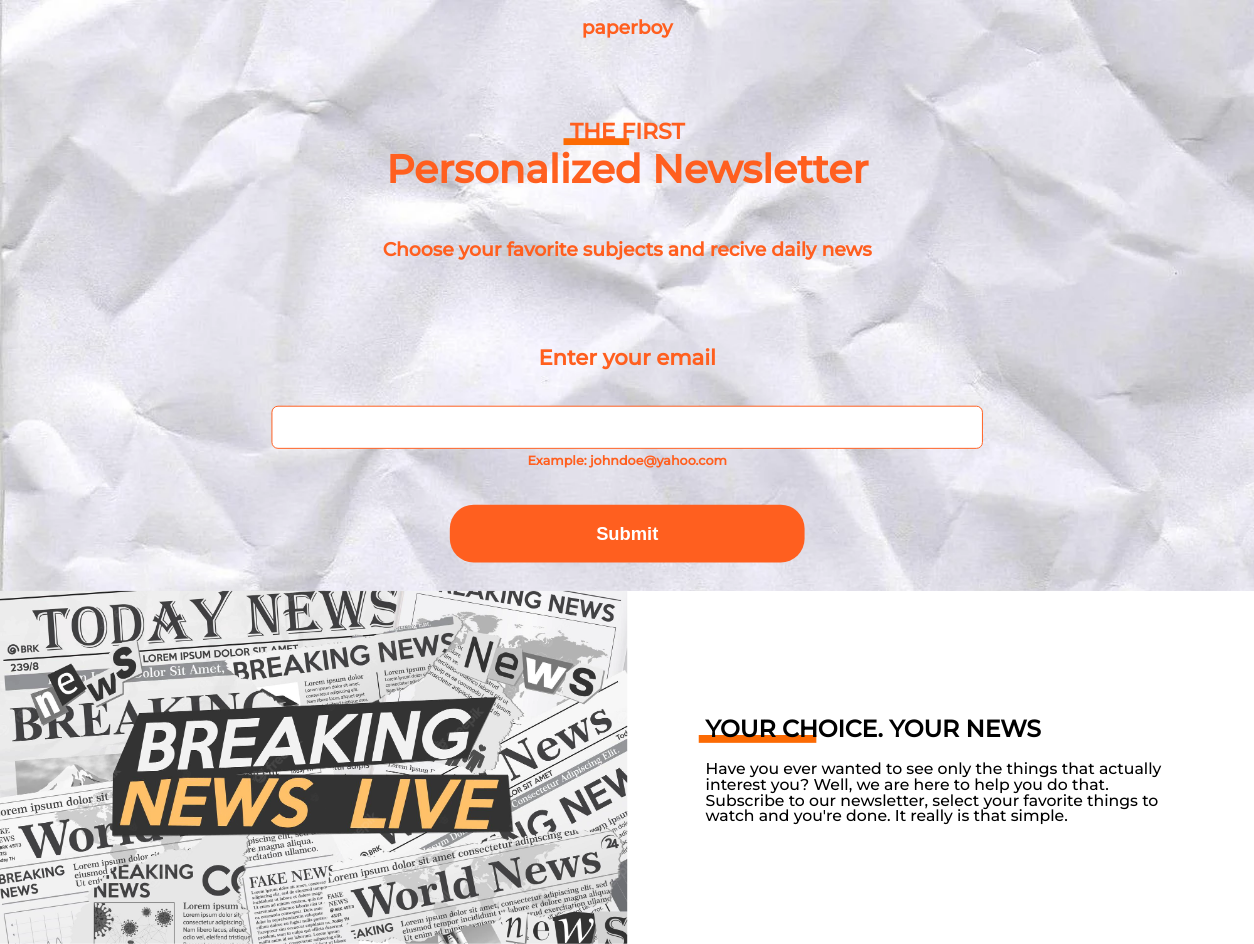
Repository: Gionnn/proiecte
Page: index.html
An editor plug-in stored every save of this project. The page is shown before and after the next save, followed by the edit.
The browser window is 1280 px wide. The pictures show the whole page, at 98% of full size.

Above is the page before, as saved 2022-11-28 14:57:04.

### index.html
<!DOCTYPE html>
<html lang="en">
  <head>
    <meta charset="UTF-8" />
    <meta name="viewport" content="width=device-width, initial-scale=1.0" />
    <meta http-equiv="X-UA-Compatible" content="ie=edge" />
    <link rel="stylesheet" href="css/main.css" />
    <title>Paperboy</title>
  </head>

  <body>
    <div class="hero-bg">
      <section class="top">
        <header>
          <a href="index.html">paperboy</a>
        </header>

        <h1><span>The first </span>Personalized Newsletter</h1>
        <p>
          Choose your favorite subjects and recive daily news
        </p>
        <div class="form-container">
          <form action="">
            <div class="form-left">
              <label for="email">Enter your email</label>
              <input type="text" name="email" id="email" />
              <p>Example: johndoe@yahoo.com</p>
            </div>
            <input type="button" value="Submit" />
          </form>
        </div>
      </section>
    </div>

    <section class="bottom">
      <div class="right-col">
        <h2>Your choice. Your news</h2>
        <p>
          Have you ever wanted to see only the things that actually interest
          you? Well, we are here to help you do that. Subscribe to our
          newsletter, select your favorite things to watch and you're done. It
          really is that simple.
        </p>
      </div>
      <img src="images/paper.jpeg" alt="Breaking News" />
    </section>
  </body>
</html>

### css/main.css
@import url("https://fonts.googleapis.com/css2?family=Montserrat:wght@500&display=swap");

body {
  font-family: "Montserrat", sans-serif;
  margin: 0;
}

.hero-bg {
  background: url("../images/background.jpeg");
  color: #ff5f1f;
  text-align: center;
}

header {
  padding-top: 1em;
}
.hero-bg a {
  color: #ff5f1f;
  text-decoration: none;
  font-weight: bold;
  font-size: 1.2rem;
}

section {
  margin: 0 1em;
}

h1 {
  font-size: 2.5rem;
  margin: 2em 0 1.2em;
}

h1 span {
  text-transform: uppercase;
  display: block;
  font-size: 1.4rem;
  position: relative;
  z-index: 1;
}
h1 span::before {
  content: " ";
  position: absolute;
  width: 3em;
  background: #fc6a03;
  height: 0.3em;
  bottom: 0;
  z-index: -1;
  margin-left: -0.3em;
}
.hero-bg p {
  font-weight: bold;
  margin: 0 1em 3em;
  font-size: 1.2rem;
}
.form-container {
  margin: 2em -1em 0;
  padding: 2em;
}
label {
  color: #ff5f1f;
  font-weight: bold;
  display: block;
  margin-bottom: 1em;
  font-size: 1.5em;
}
input[type="text"] {
  border: 1px solid #ff5f1f;
  width: 60%;
  padding: 1em;
  box-sizing: border-box;
  border-radius: 0.5em;
  margin-top: 1.2em;
}
.form-container {
  color: #ff5f1f;
  margin-bottom: 1.5em;
  font-weight: normal;
  font-size: 0.9em;
  margin-top: 0.3em;
}
.form-container p {
  font-size: 0.9em;
  margin-top: 0.4em;
}
input[type="button"] {
  background-color: #ff5f1f;
  border: none;
  width: 30%;
  color: white;
  font-weight: bold;
  padding: 1em 0;
  border-radius: 1.3em;
  font-size: 1.3em;
  cursor: pointer;
}

input[type="button"]:hover {
  background-color: #c47508;
}

.bottom {
  margin: 0;
}

.right-col {
  text-align: center;
  margin: 3em 1em;
}

h2 {
  text-transform: uppercase;
  position: relative;
}

h2::before {
  content: " ";
  position: absolute;
  width: 5em;
  background: #fc6a03;
  height: 0.3em;
  bottom: 0;
  z-index: -1;
  margin-left: -0.3em;
}

img {
  width: 100%;
}

p {
  line-height: 1em;
}

@media (min-width: 730px) {
  section {
    margin: 0 4em;
  }
  .form-container {
    margin: 2em -4em 0;
  }
}

@media (min-width: 930px) {
  .bottom {
    display: grid;
    grid-template-columns: repeat(2, 50%);
    grid-template-areas: "paper content";
  }
  .right-col {
    grid-area: content;
    padding: 0 10%;
    text-align: left;
    align-self: center;
  }
  img {
    grid-area: paper;
  }
}

.top {
  animation: fadeIn 2s forwards;
}

@keyframes fadeIn {
  from {
    opacity: 0;
    transform: translateY(-2em);
  }
  to {
    opacity: 1;
    transform: translateY(0);
  }
}

After the next save:
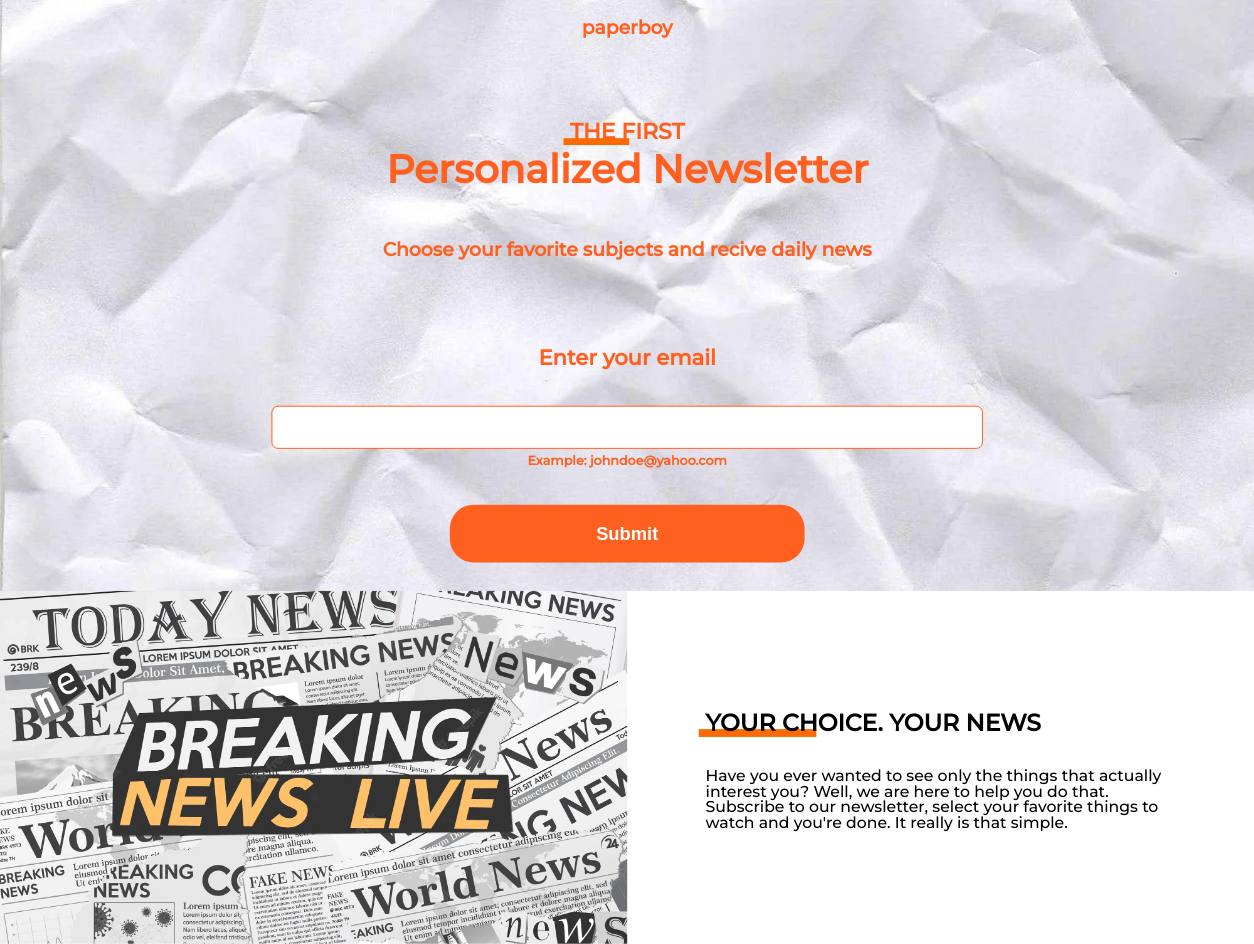
Saved 65 s later.
--- a/css/main.css
+++ b/css/main.css
@@ -152,6 +152,9 @@ p {
     text-align: left;
     align-self: center;
   }
+  .right-col p {
+    margin-top: 2em;
+  }
   img {
     grid-area: paper;
   }
